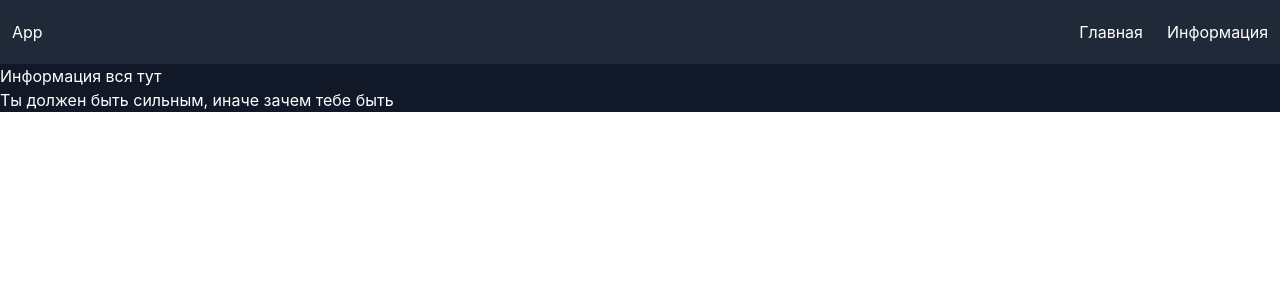
Repository: VachArt/react-exam-work
Page: /about
These files come from the project's save history. The page is drawn as it stood at one moment and after the next save; the edit follows.
The browser window is 1280 px wide. The pictures show the whole page.
The project was rebuilt for these pictures with package versions that can differ from the ones it lists, and the page was loaded fresh each time. Also part of the build but not shown: src/components/pages/Home/item/Check.jsx, src/components/pages/Home/item/TodoItem.jsx, src/components/pages/Home/create-todo-field/CreateTodoField.jsx, src/components/pages/Home/Home.jsx.

Above is the page before, as saved 2022-04-27 23:40:10.

### src/App.jsx
import React from 'react'
import {BrowserRouter, Route, Routes} from 'react-router-dom'
import { Navbar } from './components/pages/Home/Navbar'
import { Home } from './components/pages/Home/Home'
import { About } from './components/pages/About/About'





function App() {
    return (
            <BrowserRouter>
                <Navbar />
                    <div className='bg-gray-900'>
                        <Routes>
                            <Route path='/' exact element={<Home />} />
                            <Route path='/about' element={<About />} />
                        </Routes>
                    </div>
            </BrowserRouter>
    )
}

export default App;

### src/components/pages/Home/Navbar.jsx
import React from 'react'
import {NavLink} from 'react-router-dom'

export const Navbar = () => (
    <nav className='bg-gray-800 flex items-center justify-between h-16 text-white'>
        <div className='navbar-brand p-3 hover:text-pink-400'>
            App
        </div>
        <ul className="flex items-center justify-between">
            <li className="px-3 hover:text-pink-400">
                <NavLink
                    to="/"
                    exact
                >
                    Главная
                </NavLink>
            </li>
            <li className="px-3 hover:text-pink-400">
                <NavLink
                    to="/about"
                >
                    Информация
                </NavLink>
            </li>
        </ul>
    </nav>
)

### src/components/pages/About/About.jsx
import React from "react"

export const About = () => (
    <div className="text-white h-full">
        <div>
            <h1 className="display-4">Информация вся тут</h1>
            <p className="lead">Ты должен быть сильным, иначе зачем тебе быть</p>
        </div>
    </div>
)

Loaded but not shown: public/index.html (common file); src/index.jsx (common file); src/index.css (common file); tailwind.config.js (common file)

After the next save:
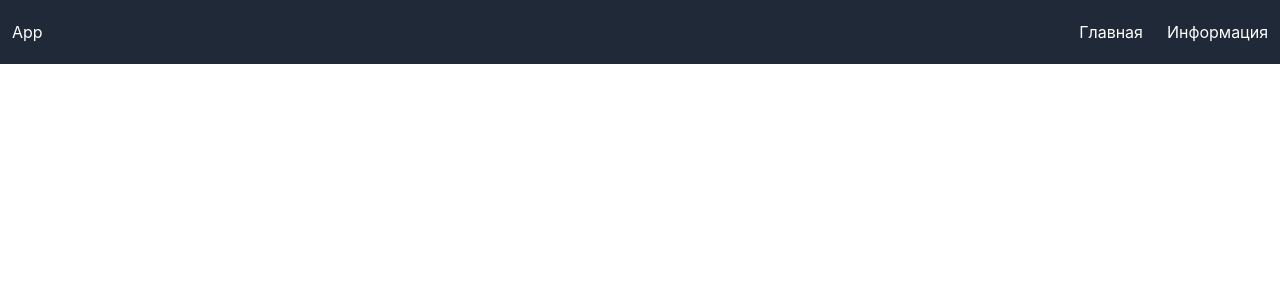
Saved 27 s later.
--- a/src/components/pages/About/About.jsx
+++ b/src/components/pages/About/About.jsx
@@ -1,7 +1,7 @@
 import React from "react"
 
 export const About = () => (
-    <div className="text-white h-full">
+    <div className="text-white bg-white">
         <div>
             <h1 className="display-4">Информация вся тут</h1>
             <p className="lead">Ты должен быть сильным, иначе зачем тебе быть</p>
